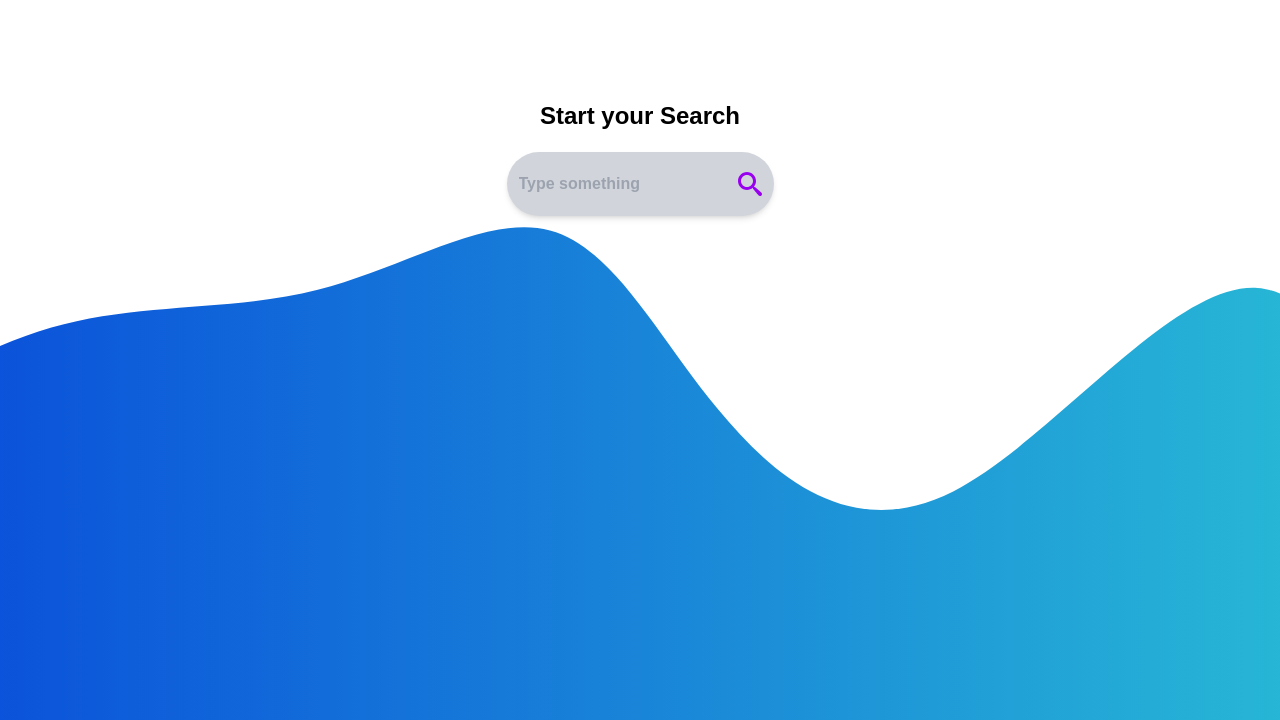
Repository: evergreenx/dictionary-octo
Page: /
These files come from the project's save history. The page is drawn as it stood at one moment and after the next save; the edit follows.
The browser window is 1280 px wide. The pictures show the whole page.
The project was rebuilt for these pictures with package versions that can differ from the ones it lists, and the page was loaded fresh each time. The framework's server and built-in components were replaced by stand-ins that run in the browser. Also part of the build but not shown: next.config.js.

Above is the page before, as saved 2022-04-30 15:05:23.

### pages/index.js
import Head from "next/head";
import Image from "next/image";
import bgimage from "../public/bg.svg";

import { ImSearch } from "react-icons/im";

export default function Home() {
  return (
    <div>
      <Head>
        <title>Create Next App</title>
        <meta name="description" content="Generated by create next app" />
        <link rel="icon" href="/favicon.ico" />
      </Head>

      <main className=" flex flex-col justify-center items-center py-20">
        <div className="input--container">
          <h1 className="text-2xl font-bold text-center py-5">
            Start your Search
          </h1>

          <div className="flex items-center bg-gray-300 shadow-md rounded-full py-3 px-3">
            <input
              className="input--text bg-gray-300 font-bold outline-none py-2"
              type="text"
              placeholder="Type something"
            />

            <ImSearch className="text-[#9900efff] text-2xl" />
          </div>
        </div>
      </main>
    </div>
  );
}

### styles/globals.css
@tailwind base;
@tailwind components;
@tailwind utilities;

@import url("https://fonts.googleapis.com/css2?family=Quicksand&display=swap");

* {
  box-sizing: border-box;
  margin: 0;
  padding: 0;
}

body {
  background-image: url("../public/bg.svg");
  background-repeat: no-repeat;
  background-size: cover;
  background-position: bottom;

  height: 100vh;
  font-family: "Quicksand", sans-serif;
}

a {
  color: inherit;
  text-decoration: none;
}

Loaded but not shown: pages/_app.js (common file); tailwind.config.js (common file)

After the next save:
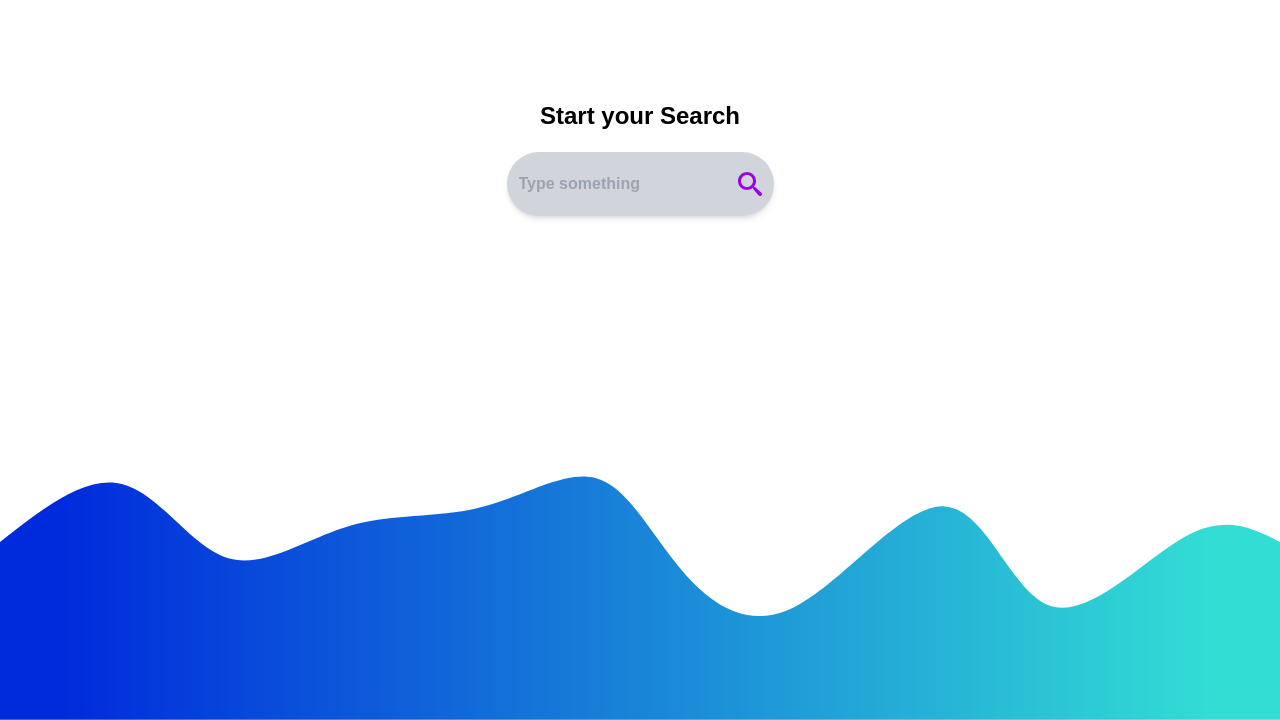
Saved 37 s later.
--- a/styles/globals.css
+++ b/styles/globals.css
@@ -13,7 +13,7 @@
 body {
   background-image: url("../public/bg.svg");
   background-repeat: no-repeat;
-  background-size: cover;
+  background-size: contain;
   background-position: bottom;
 
   height: 100vh;
